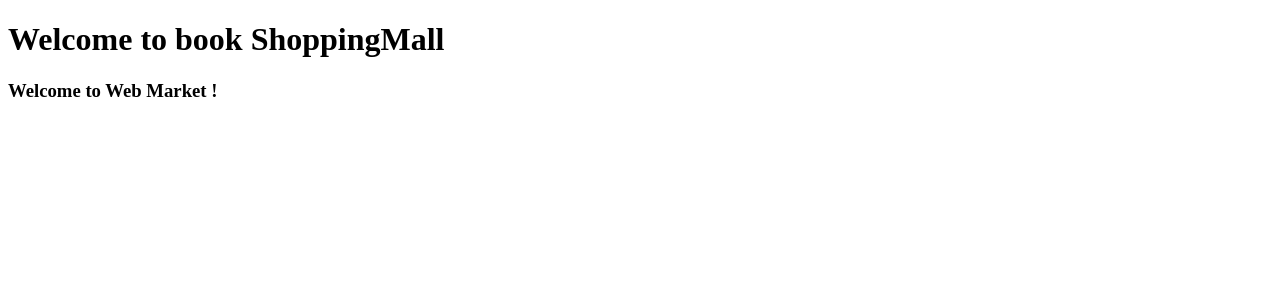
Repository: man332414/myJspStudy
Page: http://localhost/bookmarket/
An editor plug-in stored every save of this project. The page is shown before and after the next save, followed by the edit.
The browser window is 1280 px wide. The pictures show the whole page.
The page is served by Tomcat 10.

Above is the page before, as saved 2024-10-07 05:37:00.

After the next save:
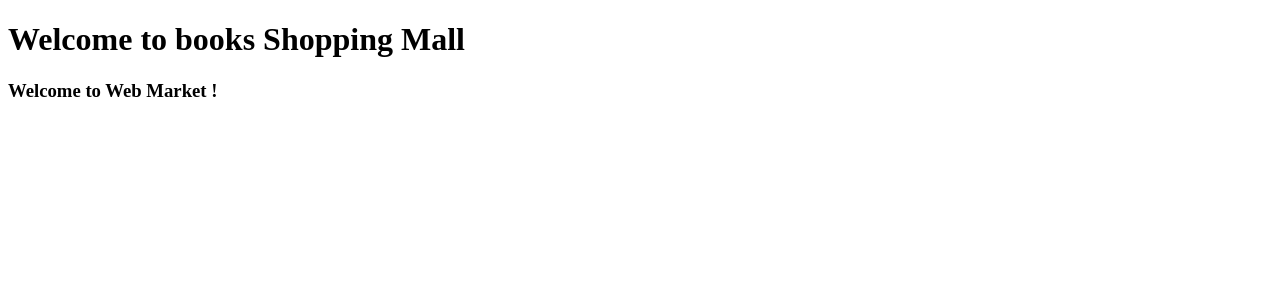
Saved 24 s later.
--- a/bookmarket/src/main/webapp/welcome.jsp
+++ b/bookmarket/src/main/webapp/welcome.jsp
@@ -7,7 +7,7 @@
 <title>welcome</title>
 </head>
 <body>
-	<h1>Welcome to book ShoppingMall</h1>
+	<h1>Welcome to books Shopping Mall</h1>
 	<h3>Welcome to Web Market !</h3>
 </body>
 </html>
